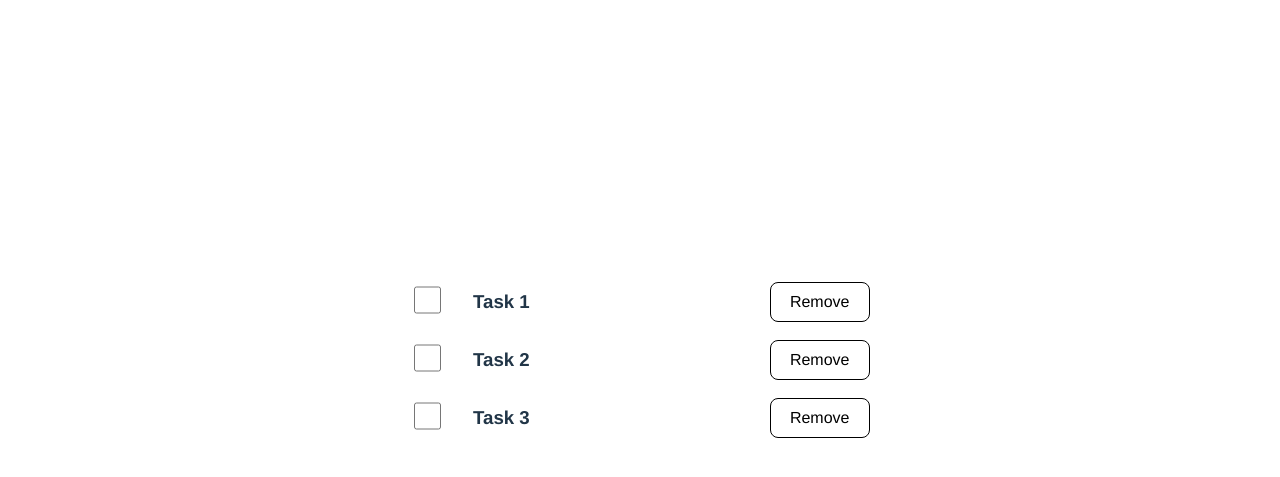
Repository: MonicaNguyenH/Frontend_Assignment6
Page: / (app in react/)
An editor plug-in stored every save of this project. The page is shown before and after the next save, followed by the edit.
The browser window is 1280 px wide. The pictures show the whole page.
The project was rebuilt for these pictures with package versions that can differ from the ones it lists, and the page was loaded fresh each time. Also part of the build but not shown: react/vite.config.js.

Above is the page before, as saved 2024-10-10 23:06:40.

After the next save:
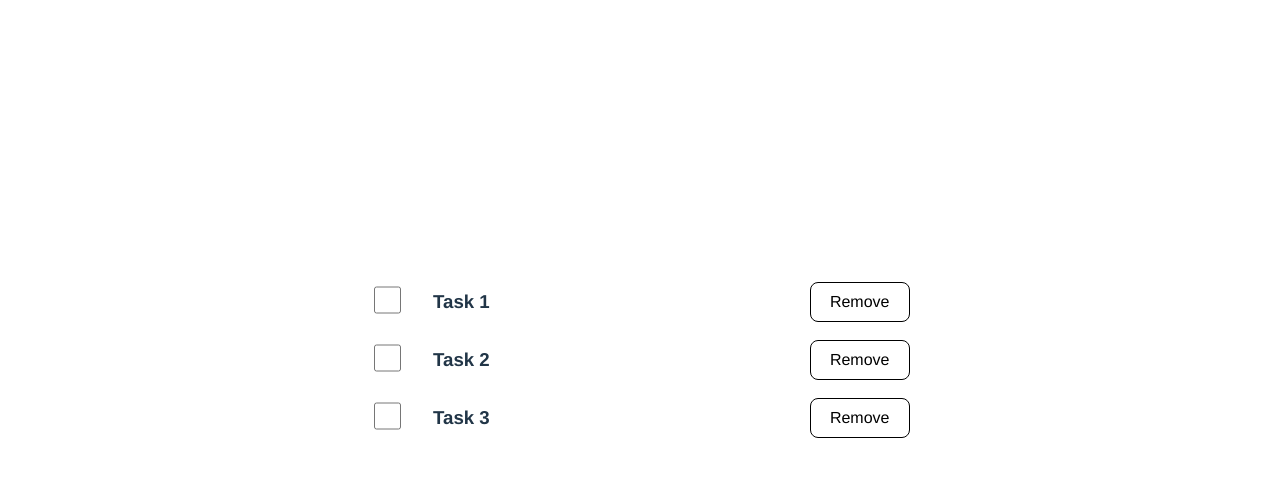
Saved 5 s later.
--- a/react/src/App.css
+++ b/react/src/App.css
@@ -25,7 +25,7 @@
 }
 
 #task-name {
-  margin: 0 15rem 0 1rem;
+  margin: 0 20rem 0 1rem;
   font-weight: bold;
   font-size: 14pt;
 }
